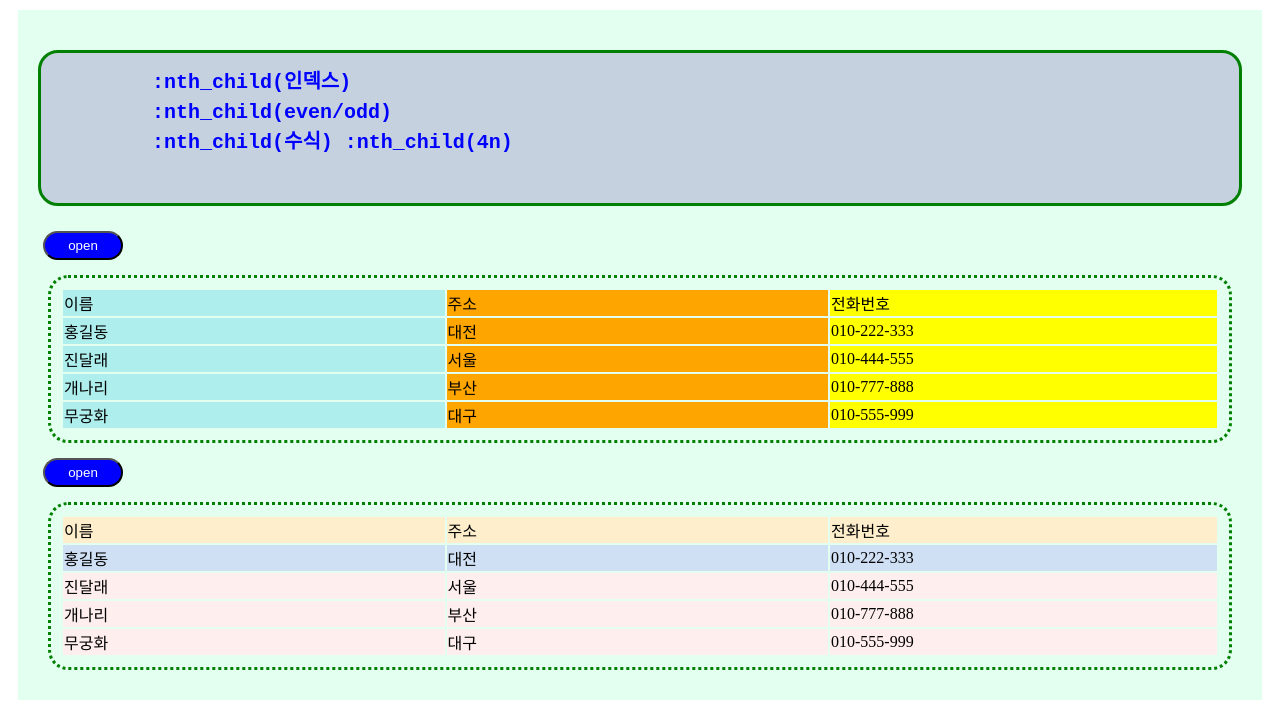
Repository: ypyp0205/jquery
Page: jqpro/WebContent/0212/자식필터2.html
An editor plug-in stored every save of this project. The page is shown before and after the next save, followed by the edit.
The browser window is 1280 px wide. The pictures show the whole page.

Above is the page before, as saved 2020-02-12 05:33:00.

### jqpro/WebContent/0212/자식필터2.html
<!DOCTYPE html>
<html>
<head>
<meta charset="UTF-8">
<title>Insert title here</title>
<link rel="stylesheet" href="../CSS/mystyle.css">
<script src="../js/jquery-3.4.1.min.js" type="text/javascript"></script>

<script type="text/javascript">
	$(function() {
	$('')
		$('.box1 td:first-child').css('background', '#aeefee');
		$('.box1 td:nth-child(2)').css('background', 'orange');
		$('.box1 td:last-child').css('background', 'yellow');
		$('.box1 td').css('width', '600px');



		$('.box2 tr:first-child').css('background', '#feeecc');
		$('.box2 tr:nth-child(2)').css('background', '#cfdff4');
		$('.box2 tr:nth-child(3)').css('background', '#feefee');
		$('.box2 tr:nth-child(4)').css('background', '#feefee');
		$('.box2 tr:nth-child(5)').css('background', '#feefee');

		$('.box2 td').css('width', '600px');



	})
</script>
</head>
<body>

	<div class="box">

		<h2></h2>





		<pre>
	:nth_child(인덱스)
	:nth_child(even/odd)
	:nth_child(수식) :nth_child(4n)
		</pre>

		<button type="button" onclick="proc1()">open</button>
		<div class="box box1">
			<table>
				<tr>
					<td>이름</td>
					<td>주소</td>
					<td>전화번호</td>
				</tr>

				<tr>
					<td>홍길동</td>
					<td>대전</td>
					<td>010-222-333</td>
				</tr>

				<tr>
					<td>진달래</td>
					<td>서울</td>
					<td>010-444-555</td>
				</tr>

				<tr>
					<td>개나리</td>
					<td>부산</td>
					<td>010-777-888</td>
				</tr>

				<tr>
					<td>무궁화</td>
					<td>대구</td>
					<td>010-555-999</td>
				</tr>

			</table>

		</div>


		<button type="button" onclick="proc1()">open</button>
		<div class="box box2">
			<table>
				<tr>
					<td>이름</td>
					<td>주소</td>
					<td>전화번호</td>
				</tr>

				<tr>
					<td>홍길동</td>
					<td>대전</td>
					<td>010-222-333</td>
				</tr>

				<tr>
					<td>진달래</td>
					<td>서울</td>
					<td>010-444-555</td>
				</tr>

				<tr>
					<td>개나리</td>
					<td>부산</td>
					<td>010-777-888</td>
				</tr>

				<tr>
					<td>무궁화</td>
					<td>대구</td>
					<td>010-555-999</td>
				</tr>

			</table>

		</div>





	</div>
</body>
</html>

### jqpro/WebContent/CSS/mystyle.css
@CHARSET "UTF-8";

pre {
	height: auto;
	background: #efffef;
	border: 3px solid green;
	font-size: 20px;
	padding: 10px;
	border-radius: 20px;
}

.box {
	background: #e3ffef;
	margin: 10px;
	height: auto;
	padding: 20px;
}

.box div {
	border: 3px dotted green;
	height: auto;
	margin: 10px;
	padding: 10px;
	border-radius: 20px;
}

.box button {
	color: white;
	background: blue;
	padding: 5px;
	margin: 5px;
	width: 80px;
	border-radius: 40px;
}

.box pre {
	padding: 15px;
	color: blue;
	background: rgb(197, 209, 222);
	line-height: 1.5em;
	font-weight: bold;
	}

Loaded but not shown: jqpro/WebContent/js/jquery-3.4.1.min.js (library)

After the next save:
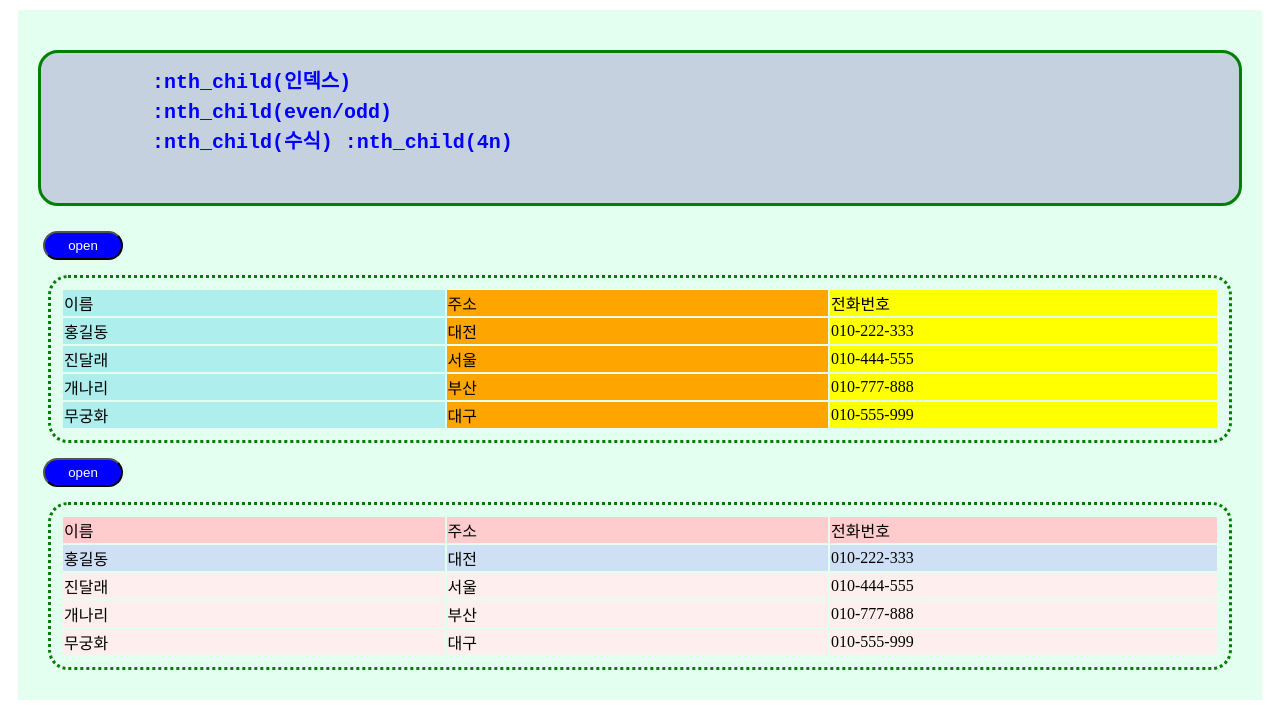
Saved 4 s later.
--- a/jqpro/WebContent/0212/자식필터2.html
+++ b/jqpro/WebContent/0212/자식필터2.html
@@ -16,7 +16,7 @@
 
 
 
-		$('.box2 tr:first-child').css('background', '#feeecc');
+		$('.box2 tr:first-child').css('background', '#fecccc');
 		$('.box2 tr:nth-child(2)').css('background', '#cfdff4');
 		$('.box2 tr:nth-child(3)').css('background', '#feefee');
 		$('.box2 tr:nth-child(4)').css('background', '#feefee');
